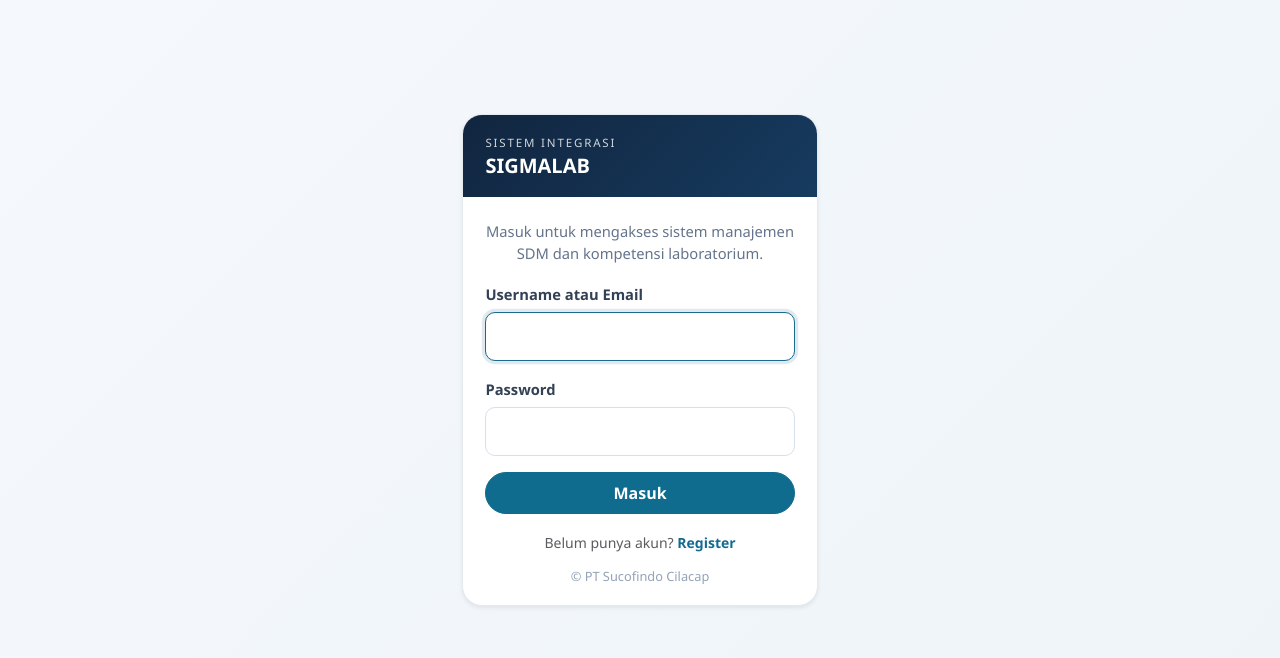
Repository: amelianeesa/sigmalab
Page: http://localhost/login
An editor plug-in stored every save of this project. The page is shown before and after the next save, followed by the edit.
The browser window is 1280 px wide. The pictures show the whole page.
The page is served by the project's Laravel application, run on PHP 8.4 with Laravel 12. Other server files are loaded and not shown.

Above is the page before, as saved 2026-08-06 08:37:02.

### routes/web.php
<?php

use Illuminate\Support\Facades\Route;
use App\Http\Controllers\AuthController;
use App\Http\Controllers\SdmController;

Route::get('/', [AuthController::class, 'showLogin']);
Route::get('/login', [AuthController::class, 'showLogin'])->name('login');
Route::post('/login', [AuthController::class, 'processLogin'])->name('login.process');

Route::get('/register', [AuthController::class, 'showRegister'])->name('register');
Route::post('/register', [AuthController::class, 'processRegister'])->name('register.process');

Route::post('/logout', [AuthController::class, 'logout'])->name('logout');

Route::middleware(['auth'])->group(function () {

    Route::get('/dashboard', function () {
        return view('dashboard-index');
    })->name('dashboard');

    Route::get('/sdm', [SdmController::class, 'index'])->name('sdm.index');
    Route::get('/sdm/create', [SdmController::class, 'create'])->name('sdm.create');
    Route::post('/sdm', [SdmController::class, 'store'])->name('sdm.store');
    Route::get('/sdm/{id}/edit', [SdmController::class, 'edit'])->name('sdm.edit');
    Route::put('/sdm/{id}', [SdmController::class, 'update'])->name('sdm.update');
    Route::delete('/sdm/{id}', [SdmController::class, 'destroy'])->name('sdm.destroy');

    Route::get('/sdm/{id}/kompetensi', [SdmController::class, 'kompetensiDetail'])->name('sdm.kompetensi.detail');
    Route::get('/sdm/{id}/cv', [SdmController::class, 'showCv'])->name('sdm.cv');
});

### app/Http/Controllers/AuthController.php
<?php

namespace App\Http\Controllers;

use Illuminate\Http\Request;
use Illuminate\Support\Facades\Auth;
use Illuminate\Support\Facades\Hash;
use App\Models\User;
use App\Models\Role;
use App\Models\Personil;

class AuthController extends Controller
{
    public function showLogin()
    {
        return view('auth.login');
    }

    public function processLogin(Request $request)
    {
        $credentials = $request->validate([
            'username' => ['required'],
            'password' => ['required'],
        ]);

        $fieldType = filter_var($request->username, FILTER_VALIDATE_EMAIL) ? 'email' : 'username';

        if (Auth::attempt([$fieldType => $request->username, 'password' => $request->password])) {
            $user = Auth::user();
            if ($user->status_aktif == 1) {
                $request->session()->regenerate();
                return redirect()->intended('/dashboard');
            } else {
                Auth::logout();
                return back()->withErrors(['username' => 'Akun Anda non-aktif. Hubungi Admin.']);
            }
        }

        return back()->withErrors(['username' => 'Username/Email atau Password salah.']);
    }

    public function showRegister()
    {
        $roles = Role::all();
        $personil = Personil::all();
        return view('auth.register', compact('roles', 'personil'));
    }

    public function processRegister(Request $request)
    {
        $request->validate([
            'username'    => 'required|string|max:50|unique:users',
            'email'       => 'required|string|email|max:100|unique:users',
            'password'    => 'required|string|min:6',
            'role_id'     => 'required|exists:roles,roles_id',
            'personil_id' => 'nullable|exists:personil,personil_id', // Ditambahkan validasi aman
        ]);

        User::create([
            'personil_id' => !empty($request->personil_id) ? $request->personil_id : null,
            'username'    => $request->username,
            'email'       => $request->email,
            'password'    => Hash::make($request->password),
            'role_id'     => $request->role_id,
            'status_aktif'=> 1
        ]);

        return redirect('/login')->with('success', 'Registrasi berhasil! Silakan login.');
    }

    public function logout(Request $request)
    {
        Auth::logout();
        $request->session()->invalidate();
        $request->session()->regenerateToken();
        return redirect('/login');
    }
}

### resources/views/auth/login.blade.php
<!DOCTYPE html>
<html lang="id">
<head>
    <meta charset="UTF-8">
    <title>Login - SIGMALAB Sucofindo</title>
    <link href="https://cdn.jsdelivr.net/npm/bootstrap@5.3.0/dist/css/bootstrap.min.css" rel="stylesheet">
    <style>
        body {
            min-height: 100vh;
            margin: 0;
            background: linear-gradient(135deg, #f5f8fc 0%, #eef4f8 100%);
            color: #1f2a37;
            font-family: "Segoe UI", Arial, sans-serif;
        }

        .auth-card {
            border: 1px solid #e3eaf0;
            border-radius: 20px;
            box-shadow: 0 12px 36px rgba(15, 35, 59, 0.08);
            overflow: hidden;
        }

        .auth-brand {
            background: linear-gradient(135deg, #11253f 0%, #163b5f 100%);
            color: #fff;
            padding: 1.2rem 1.4rem;
            text-align: left;
        }

        .auth-brand .kicker {
            font-size: 0.72rem;
            letter-spacing: 0.16em;
            text-transform: uppercase;
            opacity: 0.8;
            margin-bottom: 0.2rem;
        }

        .auth-brand h3 {
            font-size: 1.25rem;
            font-weight: 700;
            margin: 0;
        }

        .auth-body {
            padding: 1.4rem 1.4rem 1.2rem;
        }

        .auth-subtitle {
            color: #64748b;
            font-size: 0.92rem;
            margin-bottom: 1.1rem;
        }

        .form-label {
            color: #334155;
            font-size: 0.92rem;
            font-weight: 600;
            margin-bottom: 0.45rem;
        }

        .form-control,
        .form-select {
            border: 1px solid #d6e0ea;
            border-radius: 10px;
            padding: 0.72rem 0.85rem;
            color: #1f2a37;
            background-color: #fff;
        }

        .form-control:focus,
        .form-select:focus {
            border-color: #1c6a8e;
            box-shadow: 0 0 0 0.2rem rgba(28, 106, 142, 0.14);
        }

        .btn-auth {
            background: #0f6c8f;
            border: 1px solid #0f6c8f;
            border-radius: 999px;
            padding: 0.72rem 1rem;
            font-weight: 600;
            color: #ffffff;
            transition: all 0.2s ease;
        }

        .btn-auth:hover {
            background: #0d5874;
            border-color: #0d5874;
            color: #ffffff;
        }

        .auth-link {
            color: #136b91;
            font-weight: 600;
            text-decoration: none;
        }

        .auth-link:hover {
            color: #0f5674;
            text-decoration: underline;
        }

        .auth-footer {
            margin-top: 0.8rem;
            color: #94a3b8;
            font-size: 0.8rem;
            text-align: center;
        }
    </style>
</head>
<body class="d-flex align-items-center py-4">
    <div class="container">
        <div class="row justify-content-center">
            <div class="col-md-4">
                <div class="card auth-card shadow-sm">
                    <div class="auth-brand">
                        <div class="kicker">Sistem Integrasi</div>
                        <h3>SIGMALAB</h3>
                    </div>
                    <div class="card-body auth-body">
                        <p class="auth-subtitle text-center">Masuk untuk mengakses sistem manajemen SDM dan kompetensi laboratorium.</p>

                        @if(session('success'))
                            <div class="alert alert-success rounded-3">{{ session('success') }}</div>
                        @endif
                        @if($errors->any())
                            <div class="alert alert-danger rounded-3">{{ $errors->first() }}</div>
                        @endif

                        <form action="{{ route('login.process') }}" method="POST">
                            @csrf
                            <div class="mb-3">
                                <label class="form-label fw-semibold">Username atau Email</label>
                                <input type="text" name="username" class="form-control" value="{{ old('username') }}" required autofocus>
                            </div>
                            <div class="mb-3">
                                <label class="form-label fw-semibold">Password</label>
                                <input type="password" name="password" class="form-control" required>
                            </div>
                            <button type="submit" class="btn btn-auth w-100 py-2">Masuk</button>
                        </form>
                        <div class="text-center mt-3">
                            <small class="text-muted">Belum punya akun? <a href="{{ route('register') }}" class="auth-link">Register</a></small>
                        </div>
                        <div class="auth-footer">© PT Sucofindo Cilacap</div>
                    </div>
                </div>
            </div>
        </div>
    </div>
</body>
</html>

Loaded but not shown: app/Http/Controllers/Controller.php (common file)

After the next save:
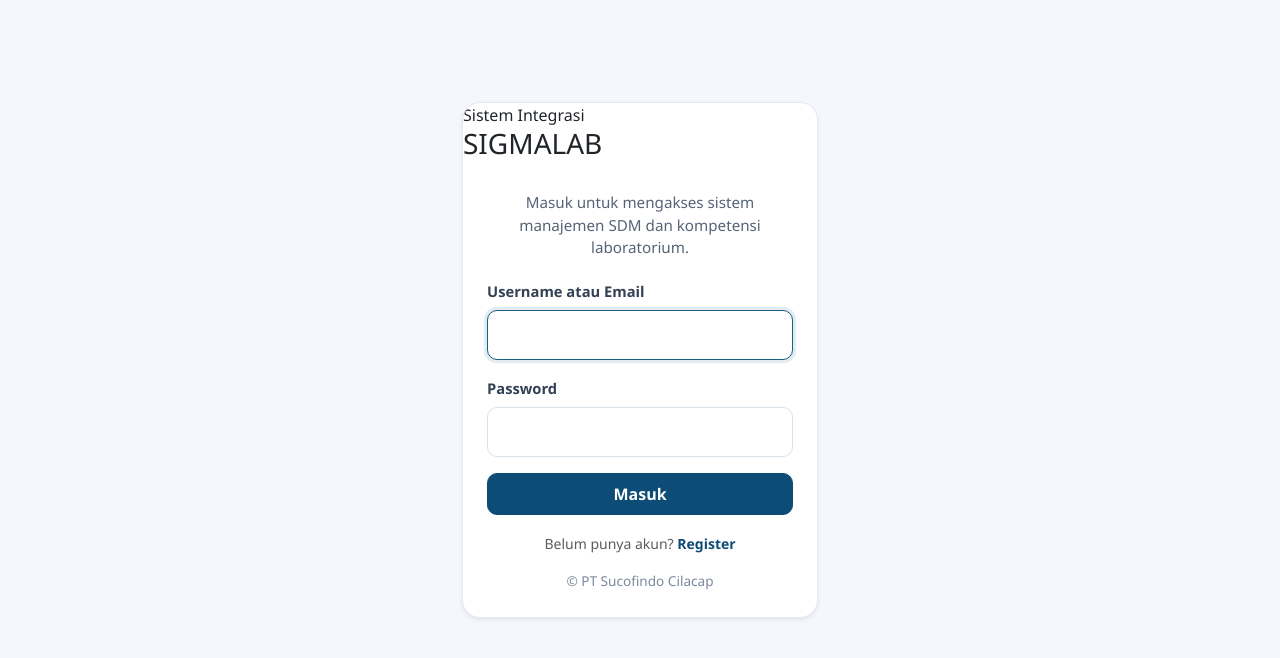
Saved 4 min 37 s later.
--- a/resources/views/auth/login.blade.php
+++ b/resources/views/auth/login.blade.php
@@ -8,102 +8,102 @@
         body {
             min-height: 100vh;
             margin: 0;
-            background: linear-gradient(135deg, #f5f8fc 0%, #eef4f8 100%);
+            background-color: #f4f7fb;
             color: #1f2a37;
             font-family: "Segoe UI", Arial, sans-serif;
         }
 
         .auth-card {
-            border: 1px solid #e3eaf0;
-            border-radius: 20px;
-            box-shadow: 0 12px 36px rgba(15, 35, 59, 0.08);
+            border: 1px solid #e4ebf2;
+            border-radius: 18px;
+            box-shadow: 0 10px 28px rgba(15, 35, 59, 0.08);
             overflow: hidden;
+            max-width: 420px;
+            margin: auto;
         }
 
-        .auth-brand {
-            background: linear-gradient(135deg, #11253f 0%, #163b5f 100%);
+        .auth-header {
+            background-color: #0e2f54;
             color: #fff;
-            padding: 1.2rem 1.4rem;
+            padding: 1.4rem 1.5rem;
             text-align: left;
         }
 
-        .auth-brand .kicker {
-            font-size: 0.72rem;
-            letter-spacing: 0.16em;
-            text-transform: uppercase;
-            opacity: 0.8;
-            margin-bottom: 0.2rem;
+        .auth-header h3 {
+            font-size: 1.4rem;
+            margin: 0 0 0.3rem;
+            font-weight: 700;
         }
 
-        .auth-brand h3 {
-            font-size: 1.25rem;
-            font-weight: 700;
+        .auth-header p {
             margin: 0;
+            opacity: 0.85;
+            font-size: 0.95rem;
+            line-height: 1.5;
         }
 
         .auth-body {
-            padding: 1.4rem 1.4rem 1.2rem;
+            padding: 1.4rem 1.5rem 1.6rem;
         }
 
         .auth-subtitle {
-            color: #64748b;
-            font-size: 0.92rem;
-            margin-bottom: 1.1rem;
+            color: #566477;
+            font-size: 0.95rem;
+            margin-bottom: 1.25rem;
+            line-height: 1.5;
         }
 
         .form-label {
             color: #334155;
             font-size: 0.92rem;
             font-weight: 600;
-            margin-bottom: 0.45rem;
         }
 
         .form-control,
         .form-select {
-            border: 1px solid #d6e0ea;
+            border: 1px solid #d7e1ea;
             border-radius: 10px;
-            padding: 0.72rem 0.85rem;
+            padding: 0.75rem 0.9rem;
             color: #1f2a37;
-            background-color: #fff;
+            background-color: #ffffff;
         }
 
         .form-control:focus,
         .form-select:focus {
-            border-color: #1c6a8e;
-            box-shadow: 0 0 0 0.2rem rgba(28, 106, 142, 0.14);
+            border-color: #1a6082;
+            box-shadow: 0 0 0 0.2rem rgba(26, 96, 130, 0.12);
         }
 
         .btn-auth {
-            background: #0f6c8f;
-            border: 1px solid #0f6c8f;
-            border-radius: 999px;
-            padding: 0.72rem 1rem;
-            font-weight: 600;
+            background: #0d4c76;
+            border: 1px solid #0d4c76;
+            border-radius: 10px;
+            padding: 0.85rem 1rem;
+            font-weight: 700;
             color: #ffffff;
             transition: all 0.2s ease;
         }
 
         .btn-auth:hover {
-            background: #0d5874;
-            border-color: #0d5874;
-            color: #ffffff;
+            background: #0b3d5d;
+            border-color: #0b3d5d;
         }
 
         .auth-link {
-            color: #136b91;
+            color: #0d4c76;
             font-weight: 600;
             text-decoration: none;
         }
 
         .auth-link:hover {
-            color: #0f5674;
+            color: #0b3d5d;
             text-decoration: underline;
         }
 
         .auth-footer {
-            margin-top: 0.8rem;
-            color: #94a3b8;
-            font-size: 0.8rem;
+            margin-top: 1rem;
+            color: #7b8a9d;
+            font-size: 0.85rem;
             text-align: center;
         }
     </style>
